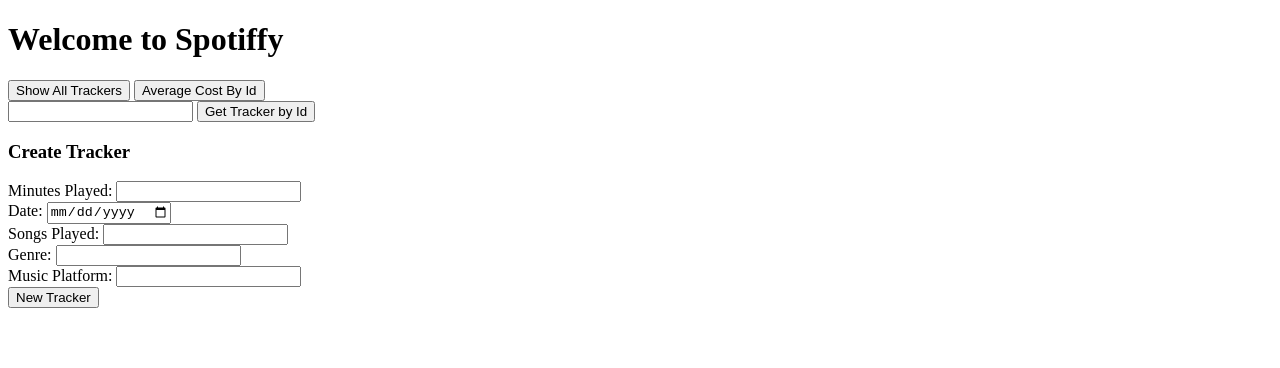
Repository: wcylou/EventTrackerProject
Page: SpotifyREST/src/main/webapp/index.html
The author's editor kept a copy of each file at every save. The page is drawn from the files as they stood at one save, then again after the next save.
The browser window is 1280 px wide. The pictures show the whole page.

Above is the page before, as saved 2018-07-19 17:22:56.

After the next save:
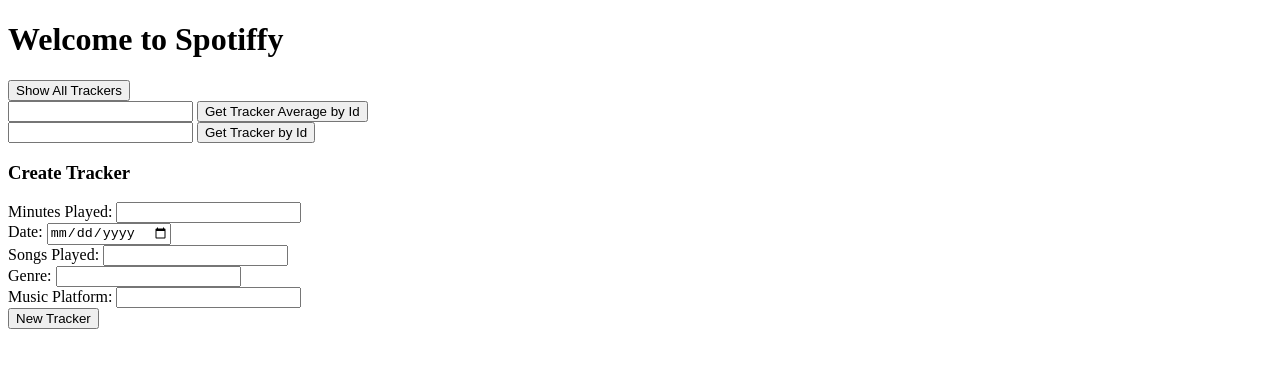
Console error: TypeError: Cannot read properties of undefined (reading 'addEventListener')
Saved 31 s later.
--- a/SpotifyREST/src/main/webapp/index.html
+++ b/SpotifyREST/src/main/webapp/index.html
@@ -9,7 +9,10 @@
 
   <button id ="showAllTrackers">Show All Trackers</button>
 
-  <button id ="displayAverageTracker">Average Cost By Id</button>
+  <form name="inputForm">
+    <input type="number" name="displayAverageTracker">
+    <button name="lookup">Get Tracker Average by Id</button>
+  </form>
 
   <form name="inputForm">
     <input type="number" name="trackerId">
@@ -30,6 +33,7 @@
 
   <div id="output">
     <div id="trackerData"></div>
+    <div id="trackerAverageData"></div>
     <div id="actorData"></div>
   </div>
 
